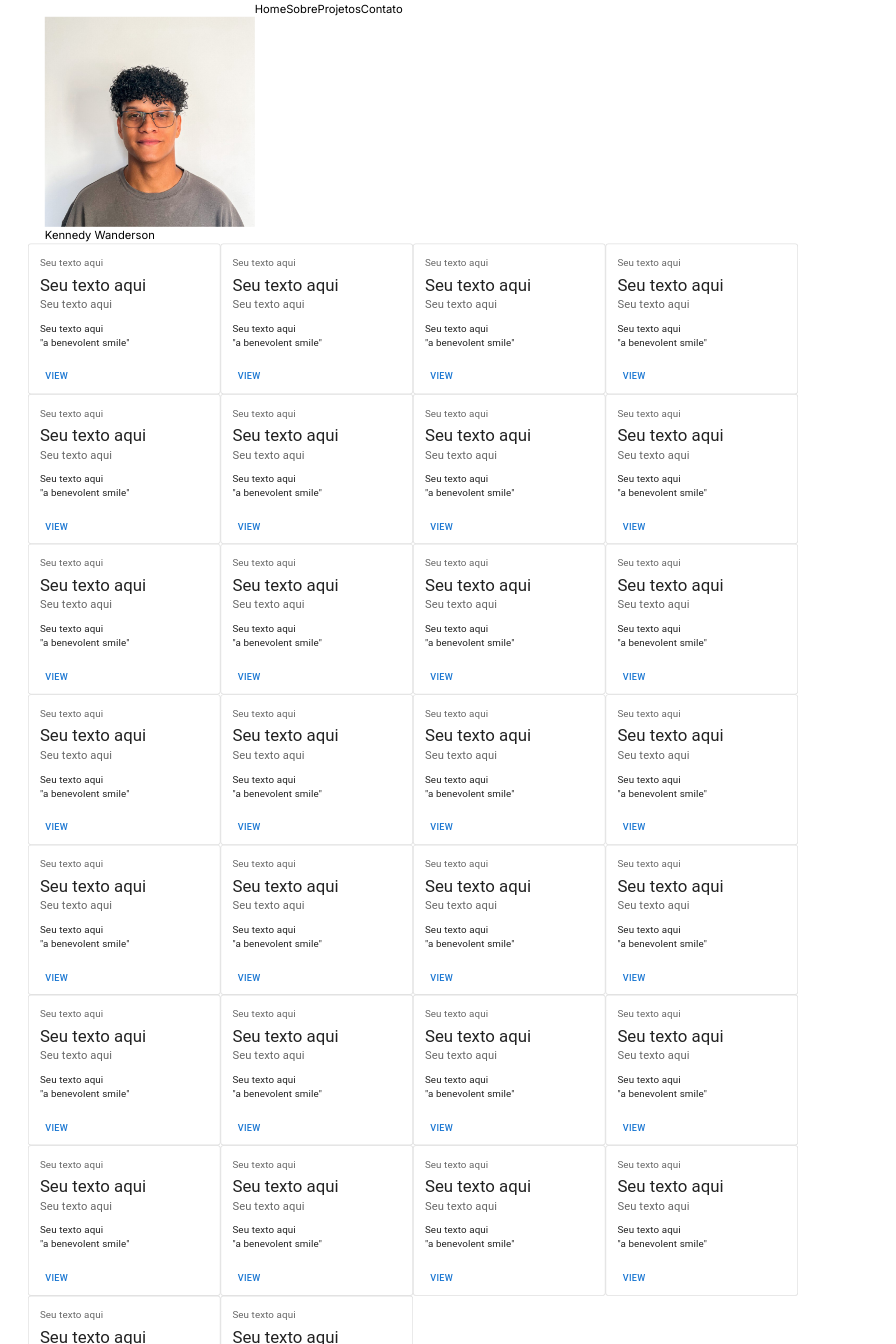
Repository: KennedyWanderson/landing
Page: /
The author's editor kept a copy of each file at every save. The page is drawn from the files as they stood at one save, then again after the next save.
The browser window is 1280 px wide. The pictures show the part of the page from y = 0 to 1920 px (the page is 3402 px tall before and 3514 px after), at 70% of full size.
The project was rebuilt for these pictures with package versions that can differ from the ones it lists, and the page was loaded fresh each time. The framework's server and built-in components were replaced by stand-ins that run in the browser. Also part of the build but not shown: next.config.js.

Above is the page before, as saved 2024-01-04 10:49:03.

After the next save:
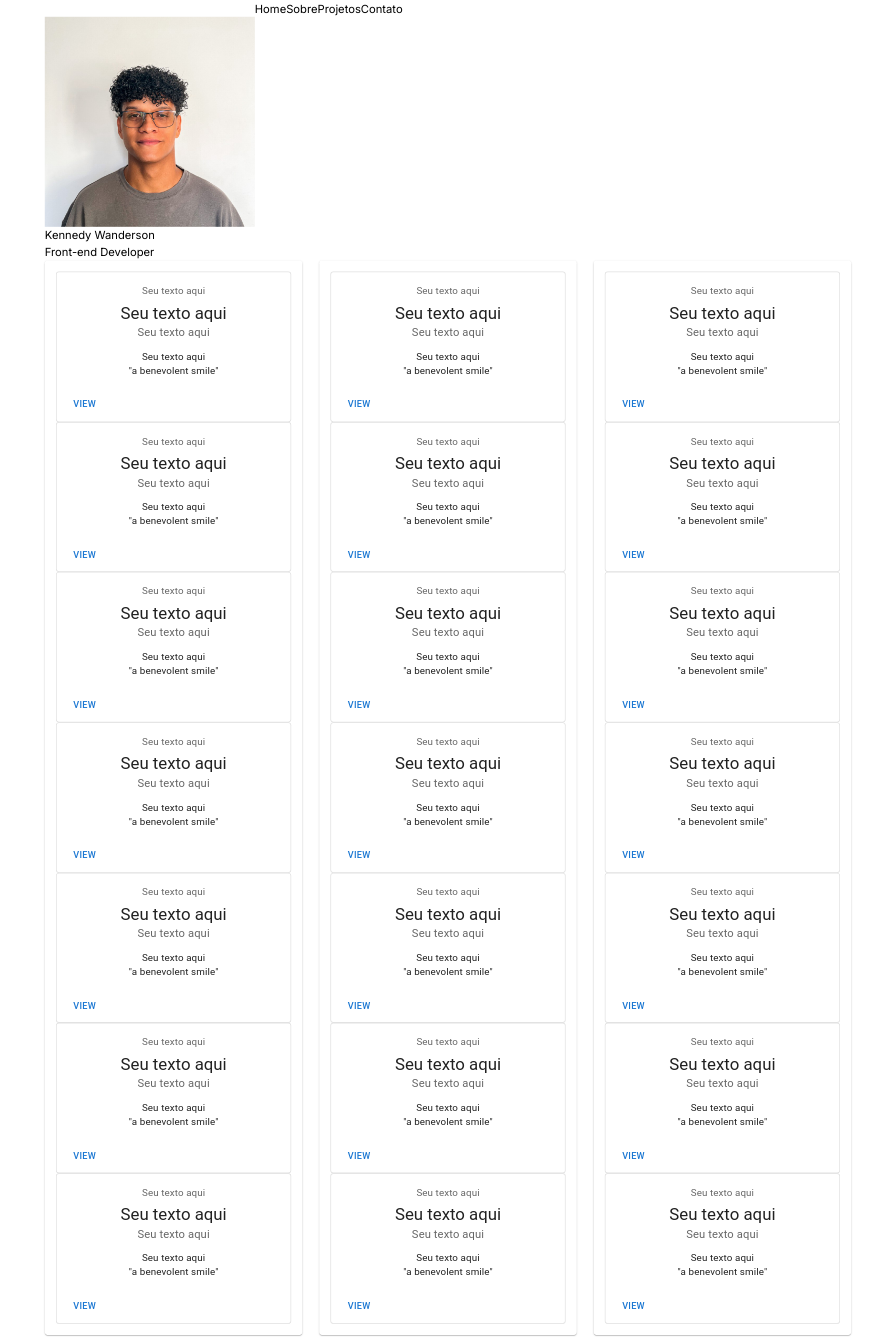
Saved 17 s later.
--- a/src/Components/About.tsx
+++ b/src/Components/About.tsx
@@ -25,7 +25,8 @@ export default function ResponsiveGrid() {
         <Box sx={{ flexGrow: 1 }}>
             <Grid container spacing={{ xs: 2, md: 3 }} columns={{ xs: 4, sm: 8, md: 12 }}>
                 {Array.from(Array(6)).map((_, index) => (
-                    <Grid key={index}>
+                    <Grid item xs={2} sm={4} md={4} key={index}>
+                        <Item>
                             <div className="flex flex-col items-center p-5 shadow-md rounded-xl bg-gray-100">
                                 <div className="flex items-center justify-center ">
                                     <OutlinedCard />
@@ -37,6 +38,7 @@ export default function ResponsiveGrid() {
                                     <OutlinedCard />
                                 </div>
                             </div>
+                        </Item>
                     </Grid>
                 ))}
             </Grid>
